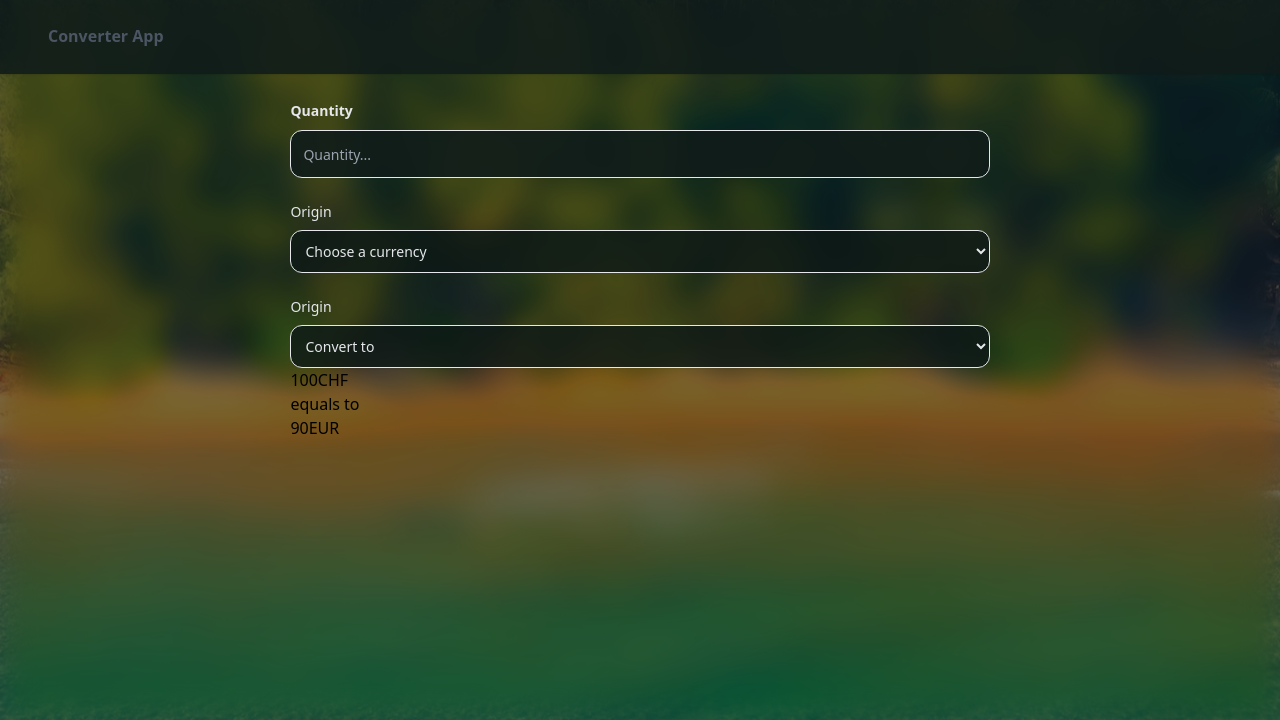
Repository: mikelCabezas/angular-exercices
Page: / (app in converter/)
These files come from the project's save history. The page is drawn as it stood at one moment and after the next save; the edit follows.
The browser window is 1280 px wide. The pictures show the whole page.
The project was rebuilt for these pictures with package versions that can differ from the ones it lists, and the page was loaded fresh each time. Also part of the build but not shown: converter/angular.json.

Above is the page before, as saved 2023-09-15 18:54:27.

After the next save:
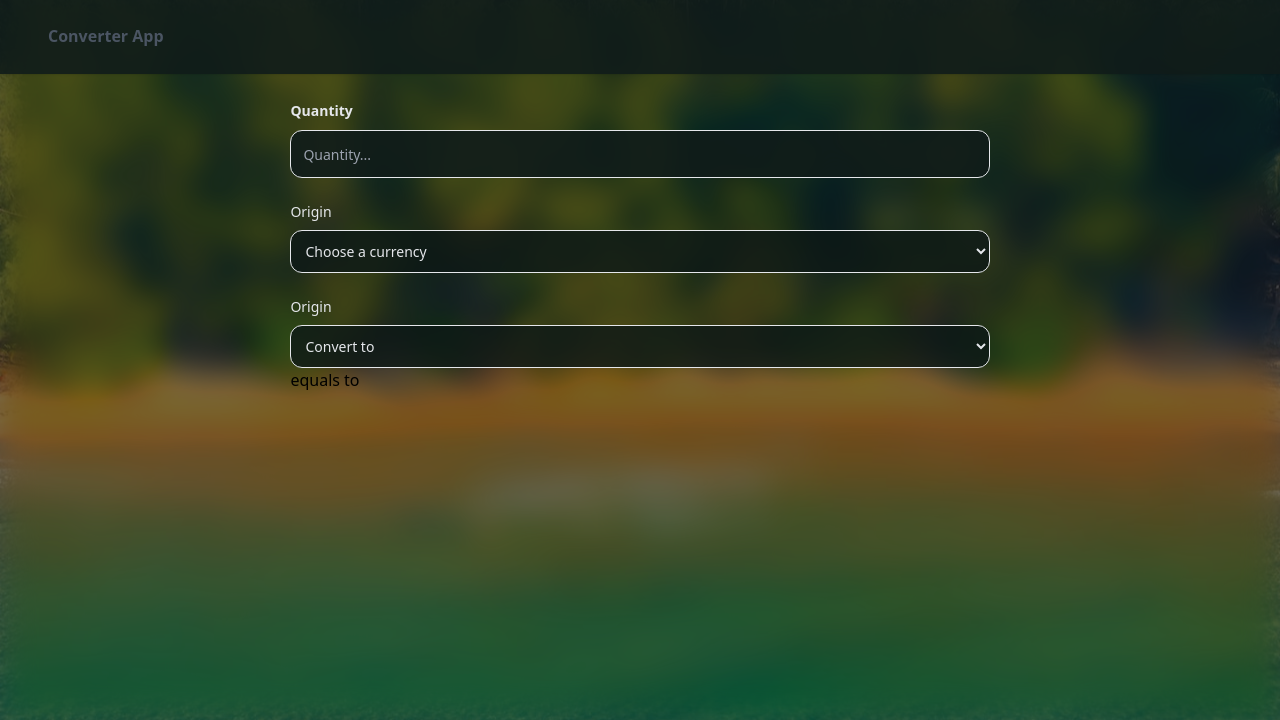
Saved 3 min 33 s later.
--- a/converter/src/app/components/converter/converter.component.html
+++ b/converter/src/app/components/converter/converter.component.html
@@ -26,13 +26,13 @@
         </div>
         <div class="col px-5 text center">
             <div>
-                <p>100CHF</p>
+                <p>{{quantity}} {{currency}}</p>
             </div>
             <div>
                 <p>equals to</p>
             </div>
             <div>
-                <p>90EUR</p>
+                <p>{{convertTo}}</p>
             </div>
         </div>
     </div>
